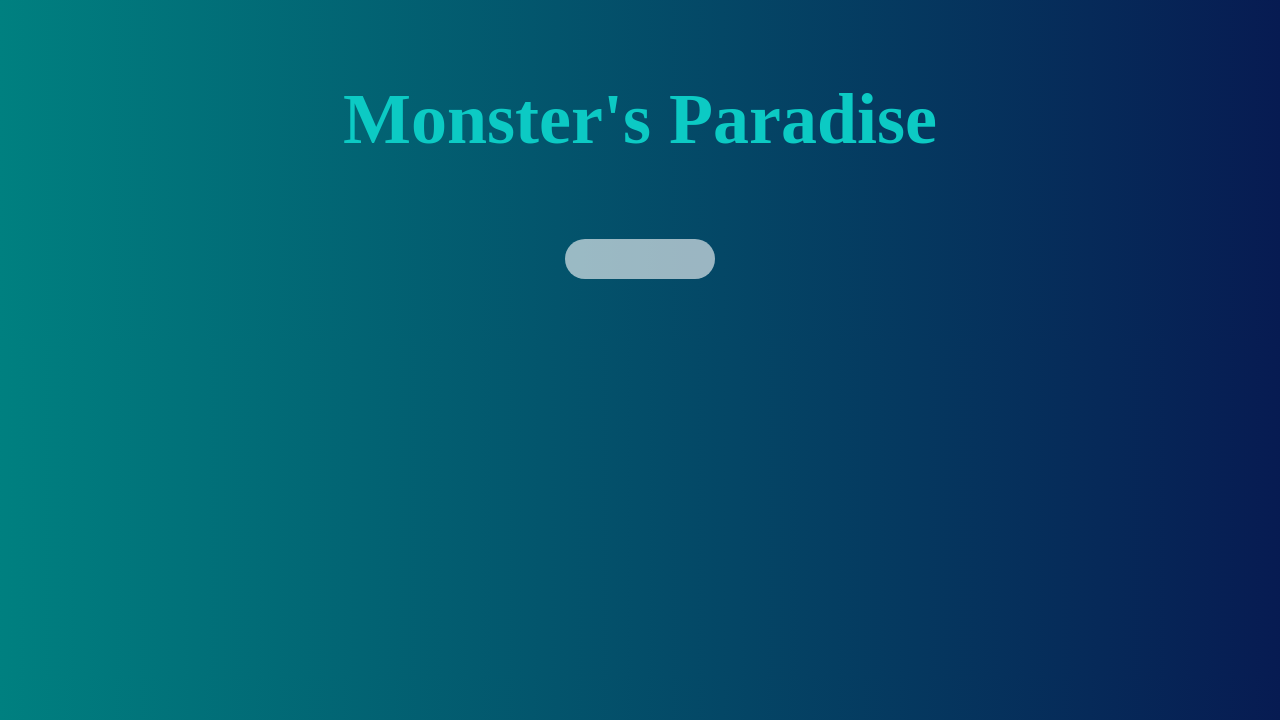
Repository: Petrit-Halabaku/react-project
Page: /
These files come from the project's save history. The page is drawn as it stood at one moment and after the next save; the edit follows.
The browser window is 1280 px wide. The pictures show the whole page.
The page's requests for data from a server got no answer. Some web fonts or font styles are not loaded; a fallback is used. The project was rebuilt for these pictures with package versions that can differ from the ones it lists, and the page was loaded fresh each time. No one was signed in, and anything a server would have sent is missing. Also part of the build but not shown: src/components/card/card.css, src/components/card/Card.js.

Above is the page before, as saved 2020-01-13 22:15:49.

### public/index.html
<!DOCTYPE html>
<html lang="en">
  <head>
    <meta charset="utf-8" />
    <link rel="icon" href="%PUBLIC_URL%/favicon.ico" />
    <meta name="viewport" content="width=device-width, initial-scale=1" />
    <meta name="theme-color" content="#000000" />
    <meta
      name="description"
      content="Web site created using create-react-app"
    />
    <link rel="apple-touch-icon" href="%PUBLIC_URL%/logo192.png" />
    <!--
      manifest.json provides metadata used when your web app is installed on a
      user's mobile device or desktop. See https://developers.google.com/web/fundamentals/web-app-manifest/
    -->
    <link rel="manifest" href="%PUBLIC_URL%/manifest.json" />
    <link href="https://fonts.googleapis.com/css?family=Mountains+of+Christmas:700&display=swap" rel="stylesheet">
    <!--
      Notice the use of %PUBLIC_URL% in the tags above.
      It will be replaced with the URL of the `public` folder during the build.
      Only files inside the `public` folder can be referenced from the HTML.

      Unlike "/favicon.ico" or "favicon.ico", "%PUBLIC_URL%/favicon.ico" will
      work correctly both with client-side routing and a non-root public URL.
      Learn how to configure a non-root public URL by running `npm run build`.
    -->
    <title>React App</title>
  </head>
  <body>
    <noscript>You need to enable JavaScript to run this app.</noscript>
    <div id="root"></div>
    <!--
      This HTML file is a template.
      If you open it directly in the browser, you will see an empty page.

      You can add webfonts, meta tags, or analytics to this file.
      The build step will place the bundled scripts into the <body> tag.

      To begin the development, run `npm start` or `yarn start`.
      To create a production bundle, use `npm run build` or `yarn build`.
    -->
  </body>
</html>

### src/index.css
body {
  margin: 0;
  padding: 30px 0;

  font-family: -apple-system, BlinkMacSystemFont, "Segoe UI", "Roboto", "Oxygen",
    "Ubuntu", "Cantarell", "Fira Sans", "Droid Sans", "Helvetica Neue",
    sans-serif;
  -webkit-font-smoothing: antialiased;
  -moz-osx-font-smoothing: grayscale;
  background: linear-gradient(
    to left,
    rgba(7, 27, 82, 1) 0%,
    rgba(0, 128, 128, 1) 100%
  );
}

code {
  font-family: source-code-pro, Menlo, Monaco, Consolas, "Courier New",
    monospace;
}

### src/App.js
import React, { Component } from "react";
import uuid from "uuid";
import axios from "axios";

import "./App.css";

import { CardList } from "./components/card-list/CardList";
import { SearchBox } from "./components/search-box/SearchBox";

class App extends Component {
  constructor(props) {
    super(props);

    this.state = {
      monsters: [],
      searchField: ""
    };
  }

  componentDidMount() {
    axios.get("https://jsonplaceholder.typicode.com/users").then(response => {
      this.setState({ monsters: response.data });
      console.log(response.data);
    });
    // fetch("https://jsonplaceholder.typicode.com/users")
    //   .then(res => res.json())
    //   .then(users => console.log(users));
  }
  onChangeHandler = e => {
    this.setState({ searchField: e.target.value }, console.log(this.state));
  };

  render() {
    const { monsters, searchField } = this.state;
    const filteredMonsters = monsters.filter(monster =>
      monster.name.toLowerCase().includes(searchField.toLowerCase())
    );

    return (
      <div className="App">
      <h1>Monster's Paradise</h1>
        <SearchBox change={this.onChangeHandler} />
        {/* <input
          type="search"

          placeholder="search monsters"
        /> */}
        <CardList monsters={filteredMonsters} />
      </div>
    );
  }
}

export default App;

### src/App.css

h1 {
  font-family: 'Mountains of Christmas', cursive;
  font-size: 72px;
  color: #0ccac4;
}
.App {
  text-align: center;
}

.App-logo {
  height: 40vmin;
  pointer-events: none;
}

@media (prefers-reduced-motion: no-preference) {
  .App-logo {
    animation: App-logo-spin infinite 20s linear;
  }
}

.App-header {
  background-color: #282c34;
  min-height: 100vh;
  display: flex;
  flex-direction: column;
  align-items: center;
  justify-content: center;
  font-size: calc(10px + 2vmin);
  color: white;
}

.App-link {
  color: #61dafb;
}

### src/components/card-list/CardList.js
import React from "react";

import "./card-list.css";
import { Card } from "../card/Card";
export const CardList = props => {
  const { monsters } = props;
  return (
    <div className="card-list">
      {monsters.map(monster => (
         <Card key={monster.id} monsters={monster} />
      ))}
    </div>
  );
};

### src/components/search-box/SearchBox.js
import React from "react";

import "./search-box.css";

export const SearchBox = props => {
  const { change } = props;
  return (
    <div>
      <input  className="search" type="search" onChange={change} />
    </div>
  );
};

### src/components/search-box/search-box.css
.search {
   -webkit-appearance: none;
   border: none;
   outline: none;
   padding: 5px;
   width: 150px;
   line-height: 30px;
   opacity: 0.6;
   font-size: 20px;
   font-weight: bold;
   margin: 30px auto;
   border-radius: 40px;
 }

Loaded but not shown: src/index.js (common file); src/serviceWorker.js (common file); src/components/card-list/card-list.css (common file)

After the next save:
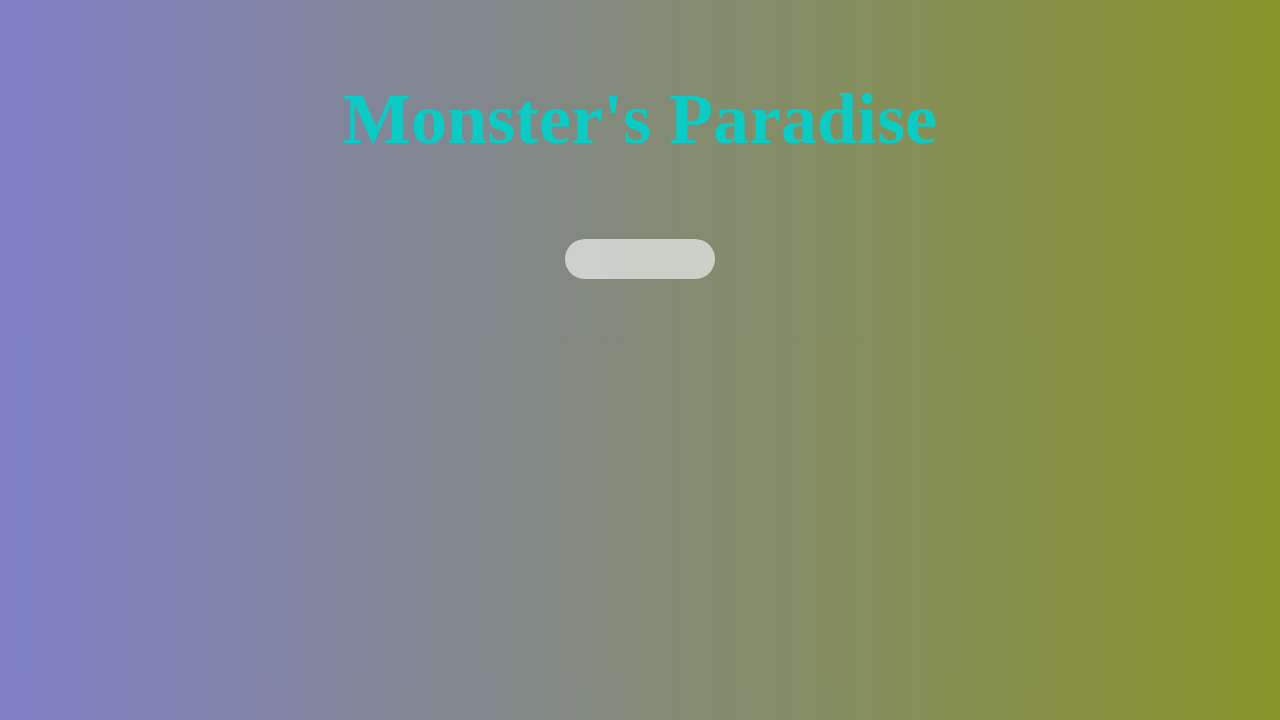
Saved 2 min 36 s later.
--- a/src/index.css
+++ b/src/index.css
@@ -9,8 +9,8 @@ body {
   -moz-osx-font-smoothing: grayscale;
   background: linear-gradient(
     to left,
-    rgba(7, 27, 82, 1) 0%,
-    rgba(0, 128, 128, 1) 100%
+    rgb(136, 149, 42) 0%,
+    rgb(126, 127, 198) 100%
   );
 }
 
